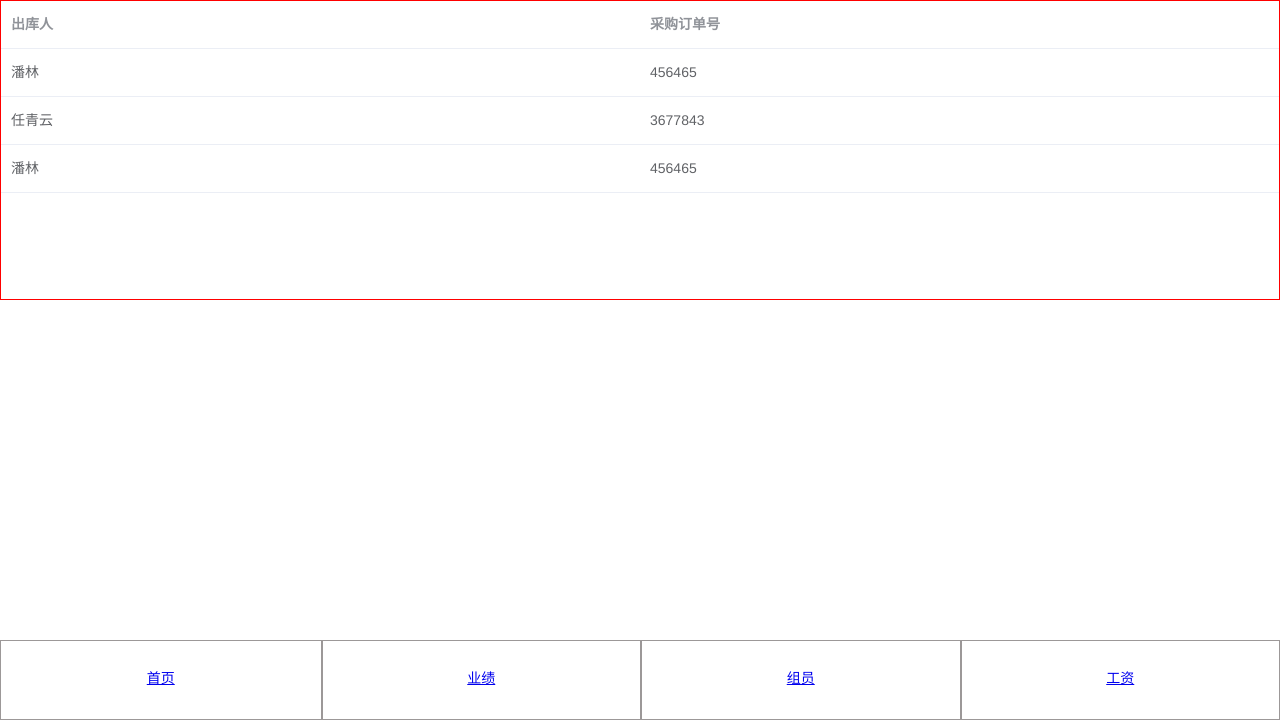
Repository: panlin520-team/lnmj-staffH5
Page: /#/performance
These files come from the project's save history. The page is drawn as it stood at one moment and after a run of saves; the edit follows.
The browser window is 1280 px wide. The pictures show the whole page.
The project was rebuilt for these pictures with package versions that can differ from the ones it lists, and the page was loaded fresh each time. Also part of the build but not shown: src/views/Lojin.vue.

Above is the page before, as saved 2020-04-08 15:40:58.

After the next 5 saves:
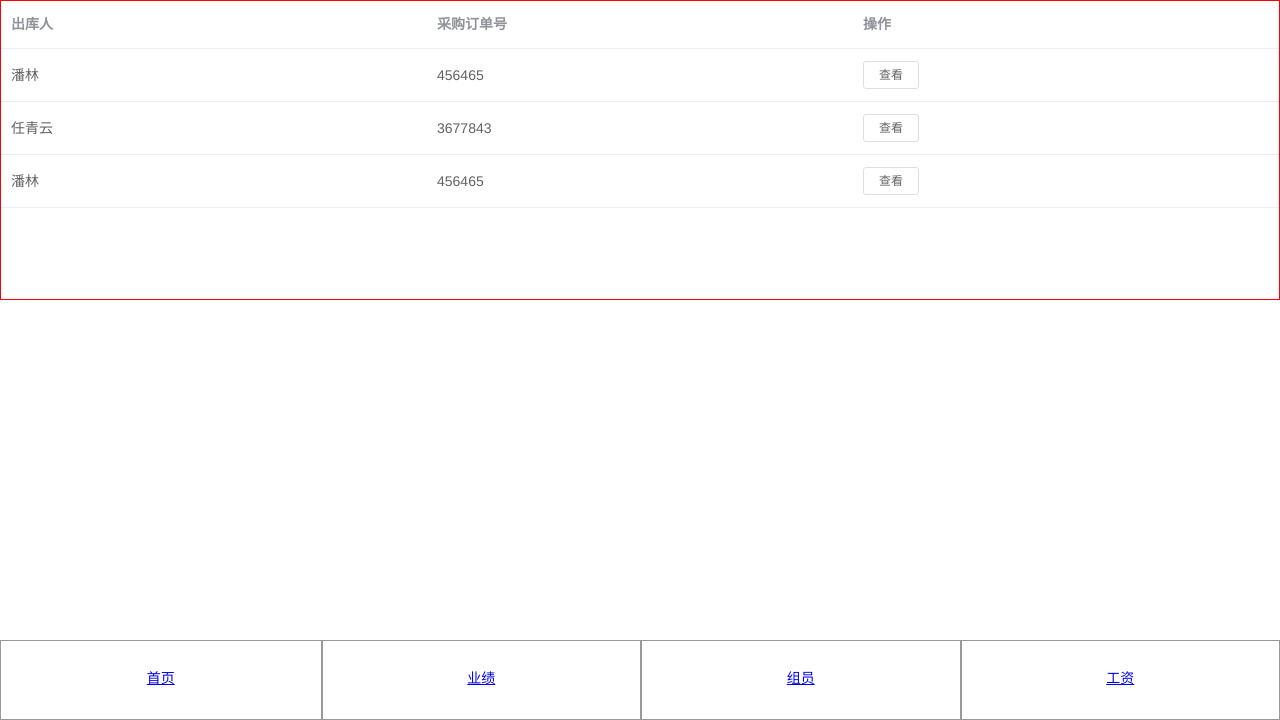
The 5 saves are shown as one change because they came seconds apart.
The last was saved 19 s later.
--- a/src/views/Performance.vue
+++ b/src/views/Performance.vue
@@ -16,12 +16,12 @@
         <!-- <el-table-column label="采购订单号">
           <template slot-scope="scope">
             <span>{{ scope.row.outStorageNumber }}</span>
-          </template>
+        </template>-->
         <el-table-column label="操作">
           <template slot-scope="scope">
             <el-button size="mini" @click="showPopOver(scope.row)">查看</el-button>
           </template>
-        </el-table-column> -->
+        </el-table-column>
       </el-table>
     </div>
     <!-- 底部导航 -->
@@ -39,28 +39,27 @@ export default {
   components: { Btnnavigation },
   data() {
     return {
-        //业绩数据
-        tableData_enterpurchase:[
-            {
-                createOperator: "潘林",
-                outStorageNumber: "456465"
-            },
-            {
-                createOperator: "任青云",
-                outStorageNumber: "3677843"
-            },
-            {
-                createOperator: "潘林",
-                outStorageNumber: "456465"
-            },
-        ],
+      //业绩数据
+      tableData_enterpurchase: [
+        {
+          createOperator: "潘林",
+          outStorageNumber: "456465"
+        },
+        {
+          createOperator: "任青云",
+          outStorageNumber: "3677843"
+        },
+        {
+          createOperator: "潘林",
+          outStorageNumber: "456465"
+        }
+      ]
     };
   },
   created() {},
   methods: {
-      //
-      showPopOver(){
-      }
+    //
+    showPopOver() {}
   }
 };
 </script>
@@ -70,10 +69,10 @@ export default {
   width: 100%;
   height: 100%;
   position: relative;
-  .clienList{
-      width: 100%;
-      height: 300px;
-      border: 1px solid red;
+  .clienList {
+    width: 100%;
+    height: 300px;
+    border: 1px solid red;
   }
   .switchoverBtn {
     position: absolute;
